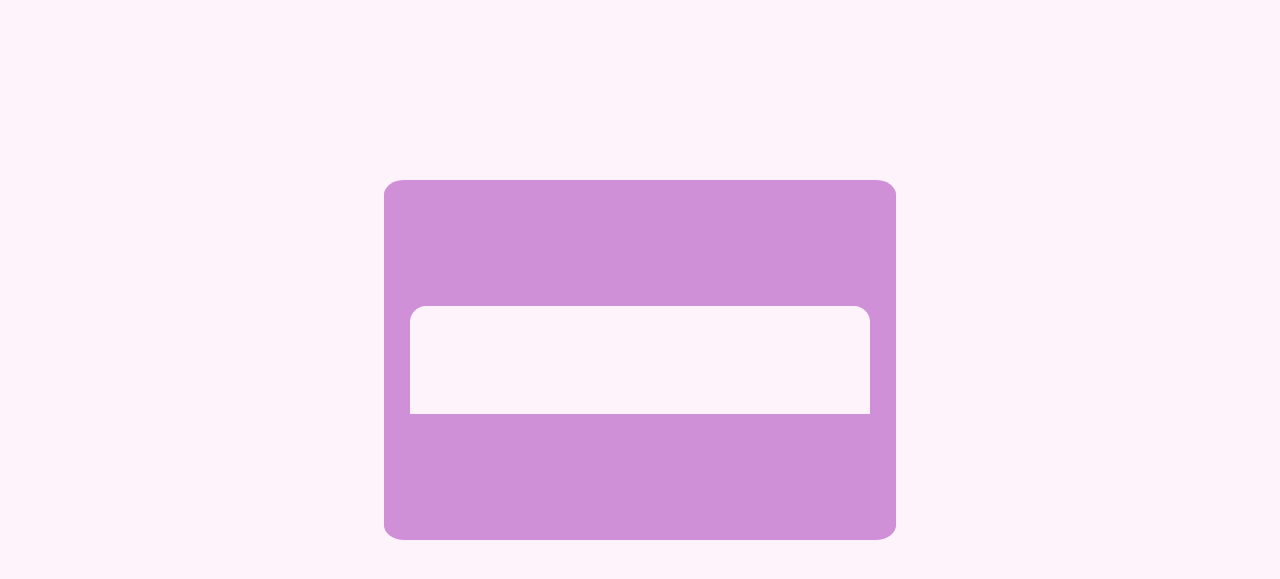
Repository: 2001mariana/Calculator_react
Page: /
These files come from the project's save history. The page is drawn as it stood at one moment and after a run of saves; the edit follows.
The browser window is 1280 px wide. The pictures show the whole page.
The project was rebuilt for these pictures with package versions that can differ from the ones it lists, and the page was loaded fresh each time.

Above is the page before, as saved 2023-02-06 17:27:09.

### src/index.tsx
import React from "react";
import ReactDOM from "react-dom/client";

import App from "./App";
import reportWebVitals from "./reportWebVitals";

import "./index.css";

const root = ReactDOM.createRoot(
  document.getElementById("root") as HTMLElement
);
root.render(
  <React.StrictMode>
    <App />
  </React.StrictMode>
);

reportWebVitals();

### src/App.tsx
import "./App.css";

function App() {
  return (
    <div className="Calculator">
      <div className="Calculator__body">
        <div className="Calculator__screen"></div>
      </div>
    </div>
  );
}

export default App;

### src/App.css
.Calculator {
  background-color: #FEF3FB;
  height: 100vh;
  display: flex;
  justify-content: center;
  align-items: center;
}

.Calculator__body {
  height: 50vh;
  width: 40vw;
  border-radius: 4%;
  background-color: #CF90D8;
  display: flex;
  flex-direction: column;
  justify-content: center;
  align-items: center;
}

.Calculator__screen {
  background-color: #FEF3FB;
  height: 30%;
  width: 90%;
  border-radius: 16px 16px 0 0;
}

@media (max-width: 1100px) {
  .Calculator__body {
    width: 50vw;
  }
}

@media (max-width: 1000px) {
  .Calculator__body {
    width: 55vw;
  }
}

@media (max-width: 900px) {
  .Calculator__body {
    width: 60vw;
  }
}

@media (max-width: 800px) {
  .Calculator__body {
    width: 70vw;
  }
}

@media (max-width: 680px) {
  .Calculator__body {
    width: 80vw;
  }
}

@media (max-width: 560px) {
  .Calculator__body {
    width: 90vw;
  }
}

Loaded but not shown: public/index.html (common file); src/reportWebVitals.ts (common file); src/index.css (common file)

After the next 5 saves:
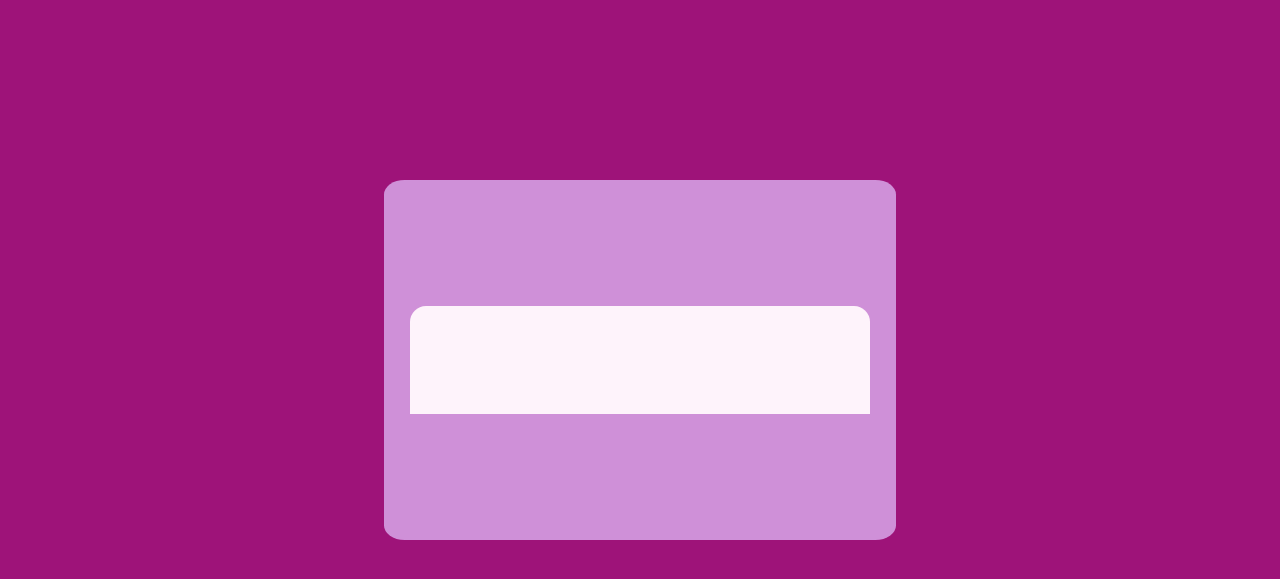
The 5 saves are shown as one change because they came seconds apart.
The last was saved 2 min 12 s later.
--- a/src/App.css
+++ b/src/App.css
@@ -1,5 +1,5 @@
 .Calculator {
-  background-color: #FEF3FB;
+  background-color: #9e1379;
   height: 100vh;
   display: flex;
   justify-content: center;
